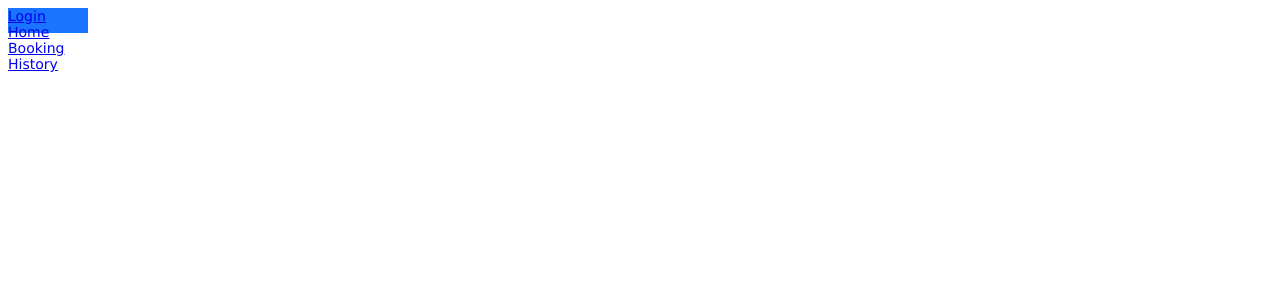
Repository: jliu9000/CSE-464---Flight-Pages
Page: HW1/WebContent/sidebar.html
An editor plug-in stored every save of this project. The page is shown before and after the next save, followed by the edit.
The browser window is 1280 px wide. The pictures show the whole page.

Above is the page before, as saved 2014-09-25 01:59:13.

### HW1/WebContent/sidebar.html
<!DOCTYPE html PUBLIC "-//W3C//DTD HTML 4.01 Transitional//EN" "http://www.w3.org/TR/html4/loose.dtd">
<html>
<head>
<meta http-equiv="Content-Type" content="text/html; charset=ISO-8859-1">
<link rel="stylesheet" type="text/css" href="CSS/FlightStyles.css">



</head>
<body>



		<ul class="sidebar">
			<li><a href="Login.jsp">Login</a></li>
			<li><a href="FlightSearch.jsp">Home</a></li>
			<li><a href="BookingHistory.jsp">Booking History</a></li>

		</ul>


</body>
</html>

### HW1/WebContent/CSS/FlightStyles.css
@CHARSET "ISO-8859-1";

body {
	font-family: "Verdana";
	font-size:12px;

}

div.sidebar {
	color:white;
	border-style:none;
	float:left;
	text-align:center;
	width: 110px;
}
div.main {
	float: left;
}

ul {
	font-size:14px;
	background-color:#1975FF;
	list-style-type: none;
	margin: 0;
    padding: 0;
	width: 80px;
	height: 25px;
}

a.sidebar {
	font-weight:bold;
	color:white;
	display: block;
}

a:visited {
	font-weight:bold;
    color:gray;
}


a:hover {
	font-weight:bold;
    color:red;
}

p {
    font-size: 12px;

}

p.PageTitle {
    font-size: 20px;
    color: #1975FF;
    font-weight: bold;
}

p.subheading {

	font-size: 16px;
	color: #5858DA;
}

p.message {
	color: red;
	text-align: center;
}

table {


}

th {
    background-color: #1975FF;
    color: white;
    padding: 4px;
    padding-left: 8px;
	padding-right: 8px;

}

tr {
}

tr.repeatalt {

	padding: 2px;
	padding-left: 5px;
	padding-right: 5px;
	background-color: #E6E6E6;

}

tr.repeat {
	padding: 2px;
	padding-left: 5px;
	padding-right: 5px;

}

td.button{
	text-align: center;
}

td{
	text-align: left;
	padding: 4px;

}

td.key{
	font-weight: bold;
}




#login {
    font-size:12px;
}

After the next save:
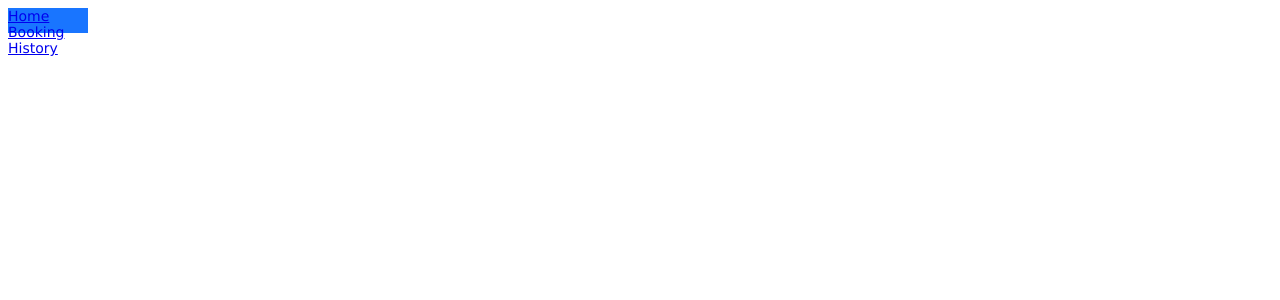
Saved 15 s later.
--- a/HW1/WebContent/sidebar.html
+++ b/HW1/WebContent/sidebar.html
@@ -12,7 +12,7 @@
 
 
 		<ul class="sidebar">
-			<li><a href="Login.jsp">Login</a></li>
+
 			<li><a href="FlightSearch.jsp">Home</a></li>
 			<li><a href="BookingHistory.jsp">Booking History</a></li>
 
